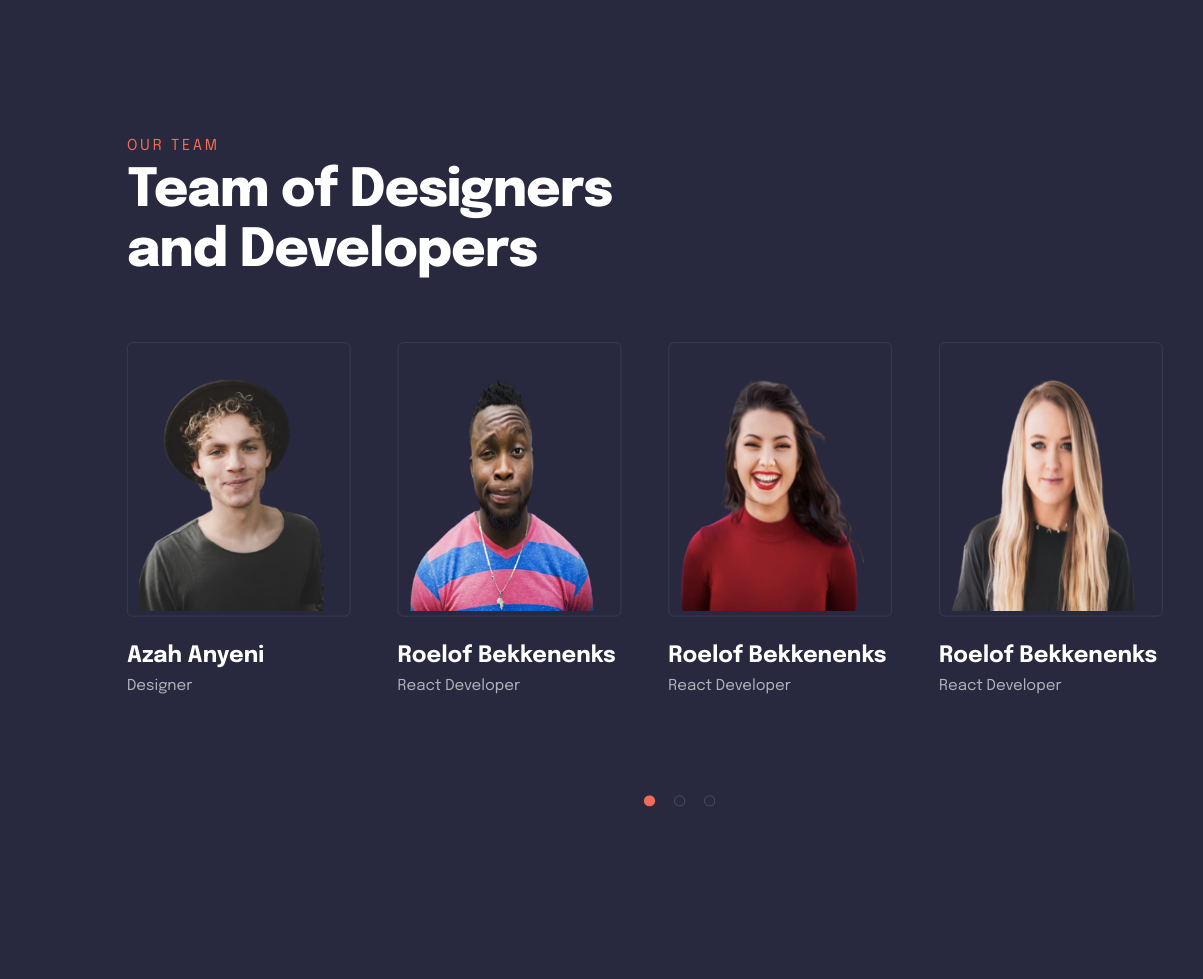
Repository: HeybetzadeQedim/task-6
Page: TEAM/index.html
An editor plug-in stored every save of this project. The page is shown before and after a run of saves, followed by the edit.
The browser window is 1280 px wide. The pictures show the whole page, at 94% of full size.

Above is the page before, as saved 2023-10-30 16:16:38.

### TEAM/index.html
<!DOCTYPE html>
<html lang="en">
  <head>
    <meta charset="UTF-8" />
    <meta name="viewport" content="width=device-width, initial-scale=1.0" />
    <title>Document</title>
    <link rel="stylesheet" href="./index.css" />
  </head>
  <body>
    <div class="main-container">
      <div class="text-container">
        <h5>Our Team</h5>
        <h2>
          Team of Designers<br />
          and Developers
        </h2>
      </div>

      <div class="box-container">
        <div class="box-1">
          <div class="img-border">
            <img src="images/Bitmap.png" />
          </div>
          <h4>Azah Anyeni</h4>
          <p>Designer</p>
        </div>

        <div class="box-1">
          <div class="img-border">
            <img src="images/Bitmap (1).png" />
          </div>
          <h4>Roelof Bekkenenks</h4>
          <p>React Developer</p>
        </div>

        <div class="box-1">
          <div class="img-border">
            <img src="images/Bitmap (2).png" />
          </div>
          <h4>Roelof Bekkenenks</h4>
          <p>React Developer</p>
        </div>

        <div class="box-1">
          <div class="img-border">
            <img src="images/Bitmap (3).png" />
          </div>
          <h4>Roelof Bekkenenks</h4>
          <p>React Developer</p>
        </div>
      </div>
      <div class="last-container">
        <img src="images/pins (1).svg" />
      </div>
    </div>
  </body>
</html>

### TEAM/index.css
@import url("https://fonts.googleapis.com/css2?family=Epilogue:wght@400;700;800&display=swap");
* {
  padding: 0;
  margin: 0;
  box-sizing: border-box;
}
.main-container {
  padding: 140px 135px 180px 135px;
  background-color: #28293e;
  min-height: 100vh;
}
.main-container .text-container h5 {
  color: var(--Text_Light_Accent, #ef6d58);
  font-feature-settings: "clig" off, "liga" off;
  font-family: Epilogue;
  font-size: 16px;
  font-style: normal;
  font-weight: 400;
  line-height: 32px;
  letter-spacing: 3px;
  text-transform: uppercase;
}
.main-container .text-container h2 {
  color: var(--Text_Light, #fff);
  font-feature-settings: "clig" off, "liga" off;
  font-family: Epilogue;
  font-size: 56px;
  font-style: normal;
  font-weight: 800;
  line-height: 64px;
  letter-spacing: -1px;
}
.box-container {
  display: flex;
  justify-content: space-between;
}
.box-1 {
  margin-top: 64px;
  margin-right: 50px;
}
.box-2 {
  padding: 24px 37px 1px 37px;
  border-radius: 6px;
  border: 1px solid #3a3c56;
  display: inline-block;
}
.box-2 img {
  width: 196px;
  height: 247px;
}
.box-1 h4 {
  margin-top: 26px;
  color: var(--Text_Light, #fff);
  font-feature-settings: "clig" off, "liga" off;
  font-family: Epilogue;
  font-size: 24px;
  font-style: normal;
  font-weight: 700;
  line-height: 32px;
}
.box-1 p {
  color: var(--Text_Light_Gray, rgba(255, 255, 255, 0.64));
  font-feature-settings: "clig" off, "liga" off;
  font-family: Epilogue;
  font-size: 16px;
  font-style: normal;
  font-weight: 400;
  line-height: 32px;
}
/* .box-3 {
  padding: 39px 5px 1px 6px;
  border-radius: 6px;
  border: 1px solid #3a3c56;
  display: inline-block;
} */
.img-border:nth-child(3) img {
  width: 259px;
  height: 232px;
}
/* .box-4 {
  padding: 33px 28px 1px 37px;
  border-radius: 6px;
  border: 1px solid #3a3c56;
  display: inline-block;
} */
.img-border:nth-child(1) img {
  width: 196px;
  height: 247px;
}
.img-border:nth-child(2) img {
  width: 259px;
  height: 232px;
}
.img-border:nth-child(3) img {
  width: 205px;
  height: 238px;
}
.img-border:nth-child(4) img {
  width: 230px;
  height: 233px;
}
.img-border {
  padding: 38px 28px 1px 12px;
  border-radius: 6px;
  border: 1px solid #3a3c56;
  display: inline-block;
}
.box-5 img {
  width: 233px;
  height: 230px;
}
.last-container img {
  margin-top: 100px;
  margin-left: 550px;
  width: 76px;
  height: 12px;
}

After the next 2 saves:
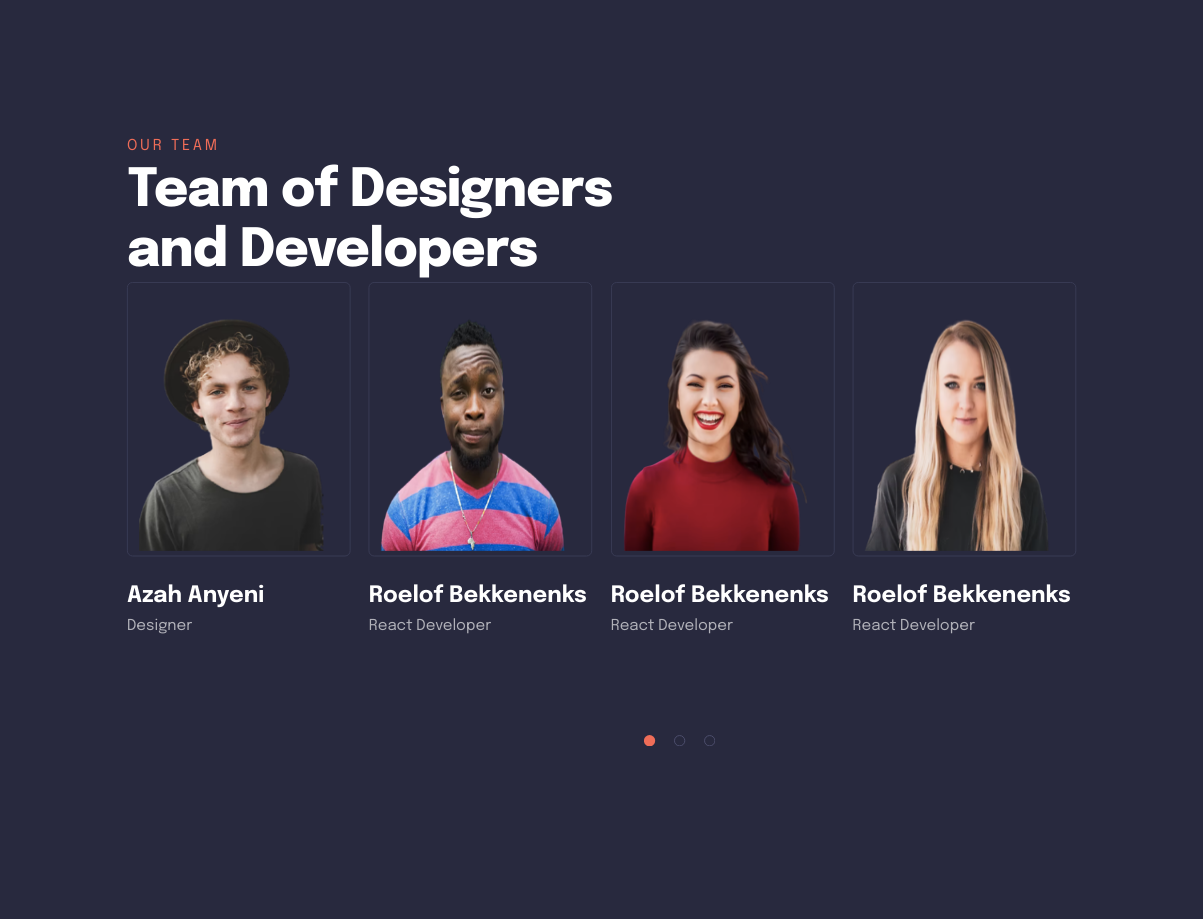
The 2 saves are shown as one change because they came seconds apart.
The last was saved 11 s later.
--- a/TEAM/index.css
+++ b/TEAM/index.css
@@ -34,11 +34,11 @@
   display: flex;
   justify-content: space-between;
 }
-.box-1 {
+/* .box-1 {
   margin-top: 64px;
   margin-right: 50px;
-}
-.box-2 {
+} */
+/* .box-2 {
   padding: 24px 37px 1px 37px;
   border-radius: 6px;
   border: 1px solid #3a3c56;
@@ -47,7 +47,7 @@
 .box-2 img {
   width: 196px;
   height: 247px;
-}
+} */
 .box-1 h4 {
   margin-top: 26px;
   color: var(--Text_Light, #fff);
